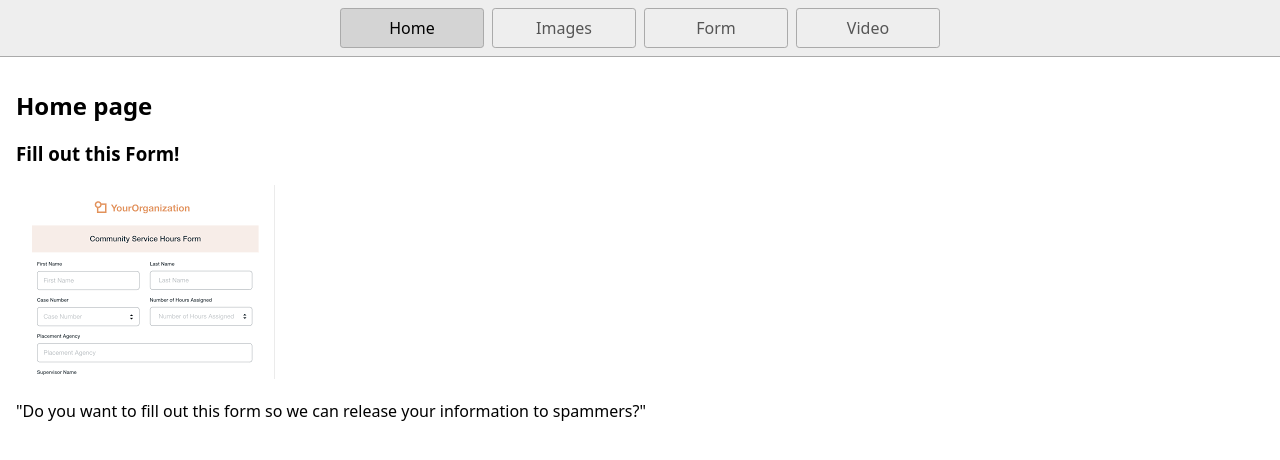
Repository: sebas6292/palmTree-Final
Page: Home.html
An editor plug-in stored every save of this project. The page is shown before and after the next save, followed by the edit.
The browser window is 1280 px wide. The pictures show the whole page.

Above is the page before, as saved 2023-05-27 13:44:15.

After the next save:
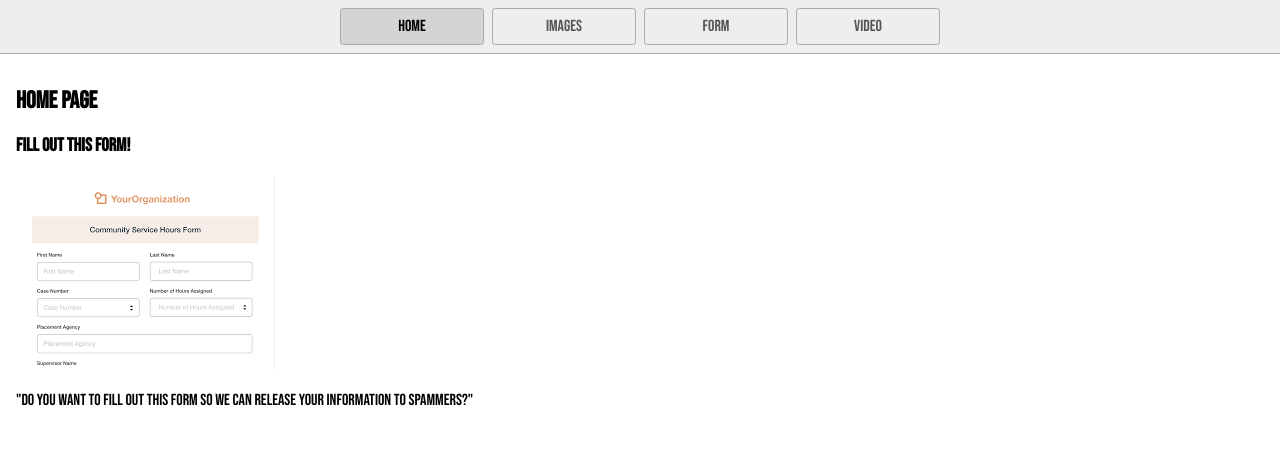
Saved 41 s later.
--- a/styles.css
+++ b/styles.css
@@ -4,7 +4,7 @@
 
   body {
     margin: 0;
-    font-family: system-ui, sans-serif;
+    font-family: Bebas Neue, sans-serif;
     color: black;
     background-color: white;
   }
